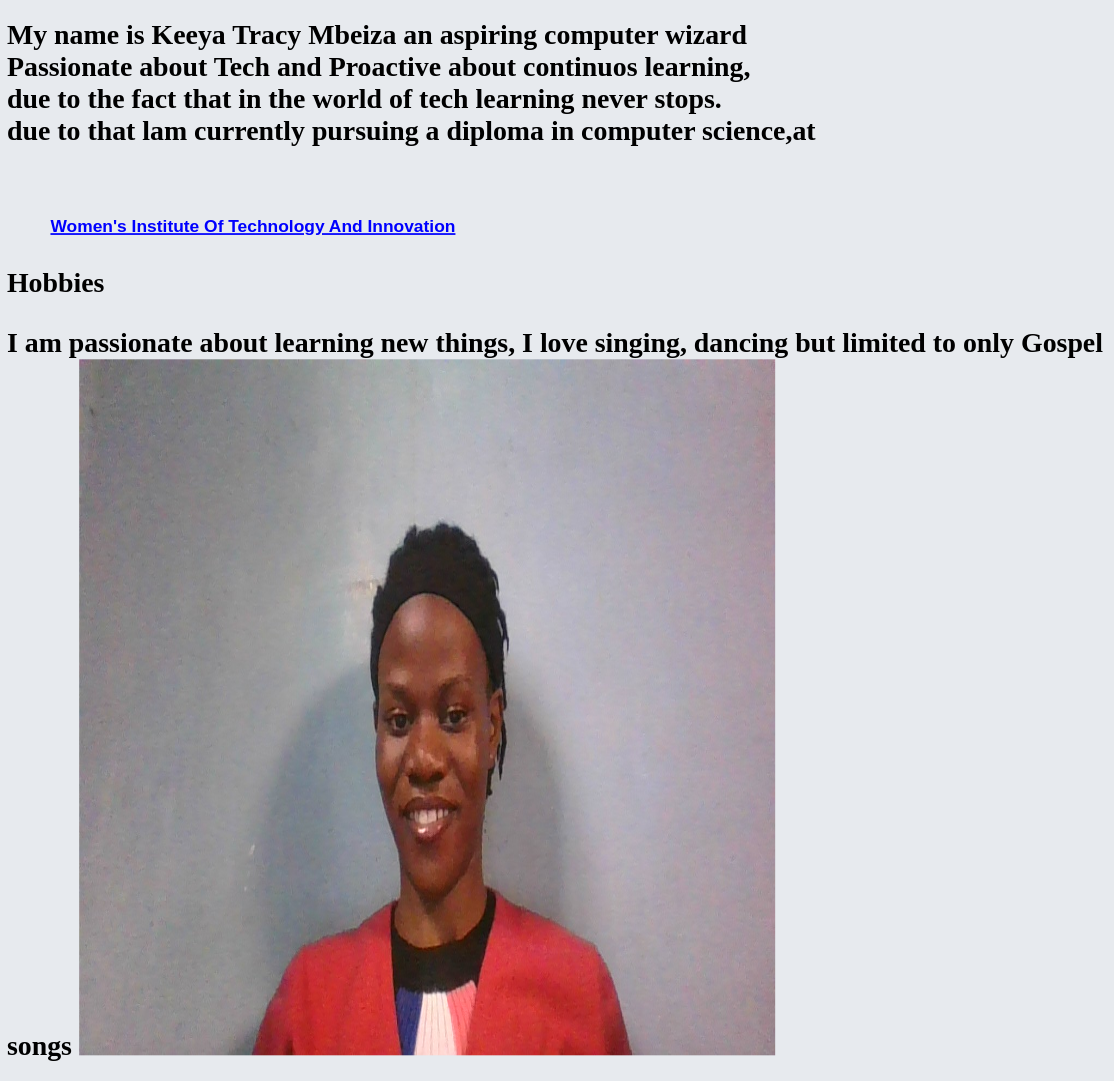
Repository: tracykeeya/my_first_web
Page: index.html
These files come from the project's save history. The page is drawn as it stood at one moment and after the next save; the edit follows.
The browser window is 1280 px wide. The pictures show the whole page, at 87% of full size.

Above is the page before, as saved 2025-11-03 11:25:33.

### index.html
<!DOCTYPE html>
<html lang="en">
<head>
    <meta charset="UTF-8">
    <meta name="viewport" content="width=device-width, initial-scale=1.0">
    <title>My First Web Page</title>
</head>
<body style="background-color: rgb(231, 234, 238)" font-family="Arial, Helvetica, sans-serif" margin: 40px; color: #333;>
    <h1 style=">Please Find Everything About Me Here</h1>
    <h2>Introduction</h2>

    <p style="font-size: 20px; font-family: Arial, Helvetica, sans-serif; text-align: left; color: rgb(0, 0, 0)">My name is<strong> Keeya Tracy Mbeiza</strong> an aspiring computer wizard<br>Passionate about Tech and Proactive about continuos learning,<br> due to the fact that in the world of tech learning never stops.<br> due to that lam currently pursuing a diploma in computer science,at<br>
        </br></p>
    <a href="https://www.witi.ac.ug/" style="position: relative; left: 50px; color: rgb(0, 0, 255); font-size: 20px; font-family: Arial, Helvetica, sans-serif"><b> Women's Institute Of Technology And Innovation</b></a>

    <p><b>Hobbies</b></p>
    I am passionate about learning new things,
    I love singing, dancing but limited to only Gospel songs


    <!-- <img src="https://www.witi.ac.ug/wp-content/uploads/2020/08/WhatsApp-Image-2020-08-14-at-11.16.16-AM.jpeg" alt=""> -->
    <img src="/Tracy.jpg " alt="" width="800" height="800";>

</body>
</html>

After the next save:
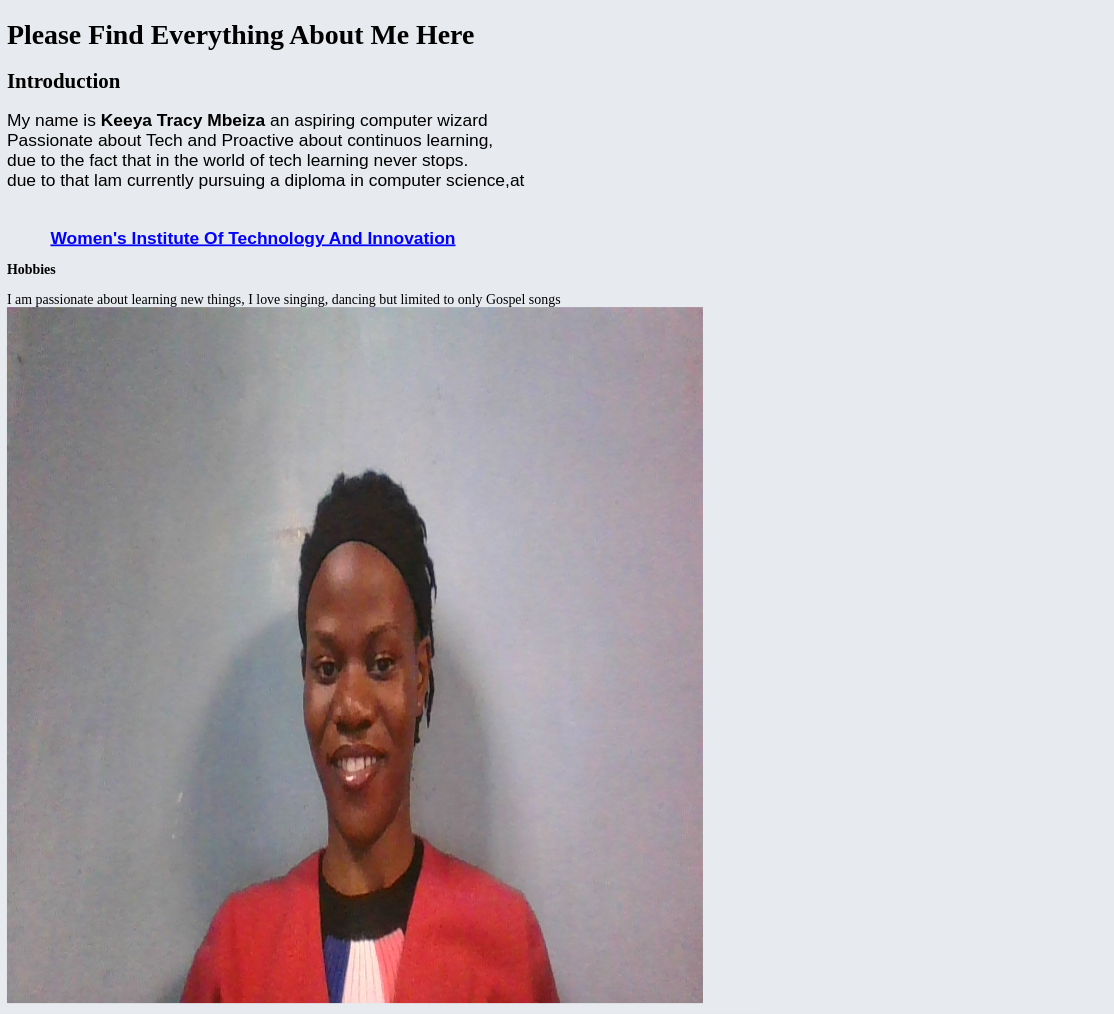
Saved 6 s later.
--- a/index.html
+++ b/index.html
@@ -6,7 +6,7 @@
     <title>My First Web Page</title>
 </head>
 <body style="background-color: rgb(231, 234, 238)" font-family="Arial, Helvetica, sans-serif" margin: 40px; color: #333;>
-    <h1 style=">Please Find Everything About Me Here</h1>
+    <h1 >Please Find Everything About Me Here</h1>
     <h2>Introduction</h2>
 
     <p style="font-size: 20px; font-family: Arial, Helvetica, sans-serif; text-align: left; color: rgb(0, 0, 0)">My name is<strong> Keeya Tracy Mbeiza</strong> an aspiring computer wizard<br>Passionate about Tech and Proactive about continuos learning,<br> due to the fact that in the world of tech learning never stops.<br> due to that lam currently pursuing a diploma in computer science,at<br>
